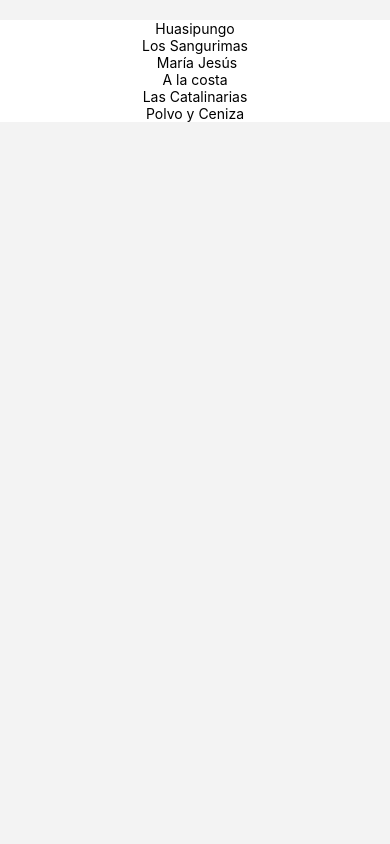
Repository: Henrybaio24/app-lista-libros
Screen: /
The author's editor kept a copy of each file at every save. The screen is drawn from the files as they stood at one save, then again after a run of saves.
The app was drawn by React Native's web renderer in a window 390 px wide. The project was rebuilt for these pictures with package versions that can differ from the ones it lists, and the page was loaded fresh each time.

Above is the screen before, as saved 2020-02-03 20:00:23.

After the next 2 saves:
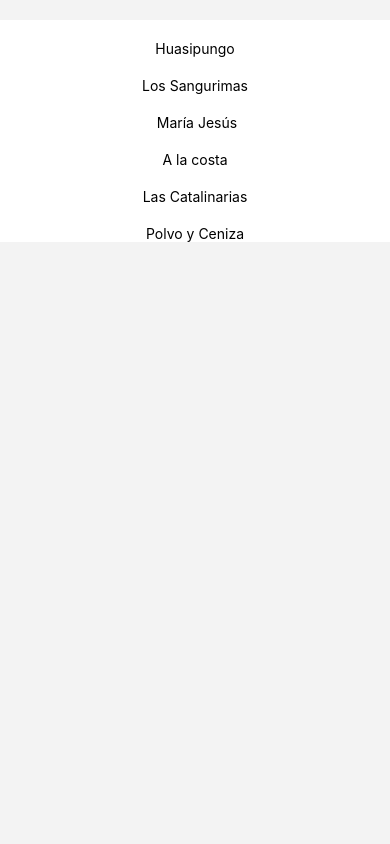
The 2 saves are shown as one change because they came seconds apart.
The last was saved 14 s later.
--- a/App.js
+++ b/App.js
@@ -34,7 +34,7 @@ export default class EventList extends Component {
 
 const styles = StyleSheet.create({
   container: {
-    flex: 1,
+    paddingTop: 20,
     backgroundColor: '#fff',
     alignItems: 'center',
     justifyContent: 'center',
